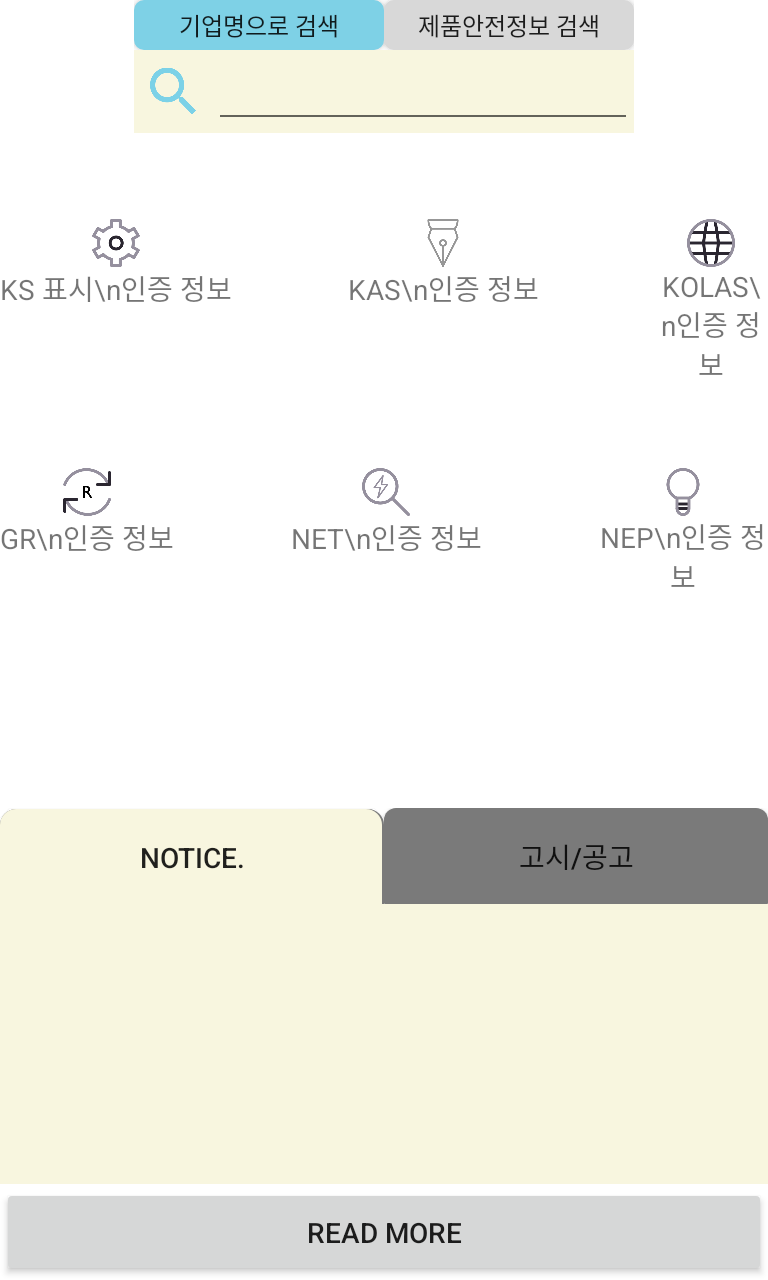
Repository: team-peony/ccfinder
Layout: android/CertifiedCompanyFinder/res/layout/fragment_main.xml
These files come from the project's save history. The layout is drawn as it stood at one moment and after the next save; the edit follows.
It is drawn on a 768 x 1280 px phone screen (xhdpi) without system bars, with theme AppTheme; the app's code is not run. Lists and similar views that code fills are empty.

Above is the layout before, as saved 2015-02-19 17:43:39.

### android/CertifiedCompanyFinder/res/layout/fragment_main.xml
<RelativeLayout xmlns:android="http://schemas.android.com/apk/res/android"
    xmlns:tools="http://schemas.android.com/tools"
    android:layout_width="match_parent"
    android:layout_height="match_parent"
    android:layout_marginTop="20dp"
    android:background="#FFFFFF"
    tools:context="com.peony.ccfinder.MainActivity$PlaceholderFragment" >

    <!-- 검색어 입력창 부분 -->
    <LinearLayout
        android:id="@+id/main_llSearch"
        android:layout_centerHorizontal="true"
        android:layout_width="250dp"
        android:layout_height="wrap_content"
        android:orientation="vertical">

        <LinearLayout
            android:layout_width="match_parent"
            android:layout_height="wrap_content"
            android:orientation="horizontal">
            <Button
                android:id="@+id/main_btnCompany"
                android:layout_width="0dp"
                android:layout_height="25dp"
                android:layout_weight="1"
                android:padding="0dp"
                android:textSize="12sp"
                android:background="@drawable/search_type_selected"
                android:text="기업명으로 검색"/>

            <Button
                android:id="@+id/main_btnSafety"
                android:layout_width="0dp"
                android:layout_height="25dp"
                android:layout_weight="1"
                android:padding="0dp"
                android:textSize="12sp"
                android:background="@drawable/search_type_unselected"
                android:text="제품안전정보 검색"/>

        </LinearLayout>

        <LinearLayout
            android:layout_width="match_parent"
            android:layout_height="wrap_content"
            android:orientation="horizontal"
            android:background="@color/cc_color_bage"
            android:gravity="center_vertical">

            <ImageView
                android:layout_width="23dp"
                android:layout_height="25dp"
                android:layout_margin="8dp"
                android:src="@drawable/search_icon" />

            <EditText
                android:id="@+id/main_etKeyword"
                android:layout_width="match_parent"
                android:layout_height="wrap_content"
                android:singleLine="true"
                android:imeOptions="actionSearch"/>

        </LinearLayout>
    </LinearLayout>


    <!-- 카테고리 부분 -->
    <LinearLayout
        android:id="@+id/main_llCategories"
        android:layout_width="wrap_content"
        android:layout_height="wrap_content"
        android:layout_marginTop="43dp"
        android:orientation="vertical"
        android:layout_centerHorizontal="true"
        android:layout_below="@id/main_llSearch">
        <!-- 카테고리 상단 -->
        <LinearLayout
            android:layout_width="wrap_content"
            android:layout_height="wrap_content"
            android:orientation="horizontal">

            <!-- KS -->
            <LinearLayout
                android:id="@+id/main_llCategoryKs"
                android:layout_width="wrap_content"
                android:layout_height="wrap_content"
                android:orientation="vertical"
                android:gravity="center">
	            <ImageView
	                android:layout_width="@dimen/category_icon_size"
	                android:layout_height="@dimen/category_icon_size"
	                android:src="@drawable/ks_icon" />

	            <TextView
	                android:layout_width="wrap_content"
	                android:layout_height="wrap_content"
	                android:text="KS 표시\n인증 정보"
	                android:gravity="center"/>
	        </LinearLayout>

            <!-- KAS -->
            <LinearLayout
                android:id="@+id/main_llCategoryKas"
                android:layout_width="wrap_content"
                android:layout_height="wrap_content"
                android:layout_marginLeft="@dimen/category_padding"
                android:layout_marginRight="@dimen/category_padding"
                android:orientation="vertical"
                android:gravity="center">
	            <ImageView
	                android:layout_width="@dimen/category_icon_size"
	                android:layout_height="@dimen/category_icon_size"
	                android:src="@drawable/kas_icon" />

	            <TextView
	                android:layout_width="wrap_content"
	                android:layout_height="wrap_content"
	                android:text="KAS\n인증 정보"
	                android:gravity="center"/>
	        </LinearLayout>

            <!-- KOLAS -->
            <LinearLayout
                android:id="@+id/main_llCategoryKolas"
                android:layout_width="wrap_content"
                android:layout_height="wrap_content"
                android:orientation="vertical"
                android:gravity="center">
	            <ImageView
	                android:layout_width="@dimen/category_icon_size"
	                android:layout_height="@dimen/category_icon_size"
	                android:src="@drawable/kolas_icon" />

	            <TextView
	                android:layout_width="wrap_content"
	                android:layout_height="wrap_content"
	                android:text="KOLAS\n인증 정보"
	                android:gravity="center"/>
	        </LinearLayout>

        </LinearLayout>


        <!-- 카테고리 하단 -->
        <LinearLayout
            android:layout_marginTop="42dp"
            android:layout_width="wrap_content"
            android:layout_height="wrap_content"
            android:orientation="horizontal">
            <!-- GR -->
            <LinearLayout
                android:id="@+id/main_llCategoryGr"
                android:layout_width="wrap_content"
                android:layout_height="wrap_content"
                android:orientation="vertical"
                android:gravity="center">
	            <ImageView
	                android:layout_width="@dimen/category_icon_size"
	                android:layout_height="@dimen/category_icon_size"
	                android:src="@drawable/gr_icon" />

	            <TextView
	                android:layout_width="wrap_content"
	                android:layout_height="wrap_content"
	                android:text="GR\n인증 정보"
	                android:gravity="center"/>
	        </LinearLayout>

            <!-- NET -->
            <LinearLayout
                android:id="@+id/main_llCategoryNet"
                android:layout_width="wrap_content"
                android:layout_height="wrap_content"
                android:layout_marginLeft="@dimen/category_padding"
                android:layout_marginRight="@dimen/category_padding"
                android:orientation="vertical"
                android:gravity="center">
	            <ImageView
	                android:layout_width="@dimen/category_icon_size"
	                android:layout_height="@dimen/category_icon_size"
	                android:src="@drawable/net_icon" />

	            <TextView
	                android:layout_width="wrap_content"
	                android:layout_height="wrap_content"
	                android:text="NET\n인증 정보"
	                android:gravity="center"/>
	        </LinearLayout>

            <!-- NEP -->
            <LinearLayout
                android:id="@+id/main_llCategoryNep"
                android:layout_width="wrap_content"
                android:layout_height="wrap_content"
                android:orientation="vertical"
                android:gravity="center">
	            <ImageView
	                android:layout_width="@dimen/category_icon_size"
	                android:layout_height="@dimen/category_icon_size"
	                android:src="@drawable/nep_icon" />

	            <TextView
	                android:layout_width="wrap_content"
	                android:layout_height="wrap_content"
	                android:text="NEP\n인증 정보"
	                android:gravity="center"/>
	        </LinearLayout>

        </LinearLayout>

    </LinearLayout>

    <!-- 공지 사항 -->
    <LinearLayout
        android:id="@+id/main_llNoticeArea"
        android:layout_width="match_parent"
        android:layout_height="wrap_content"
        android:orientation="vertical"
        android:layout_alignParentBottom="true">

        <!-- 공지 탭 -->
        <LinearLayout
            android:layout_width="match_parent"
            android:layout_height="wrap_content"
            android:orientation="horizontal">
            <Button
	            android:id="@+id/main_btnTabNotice"
	            android:layout_width="0dp"
	            android:layout_height="wrap_content"
	            android:layout_weight="1"
	            android:background="@drawable/notice_tab_selected"
	            android:text="NOTICE."/>

	        <Button
	            android:id="@+id/main_btnTabGosi"
	            android:layout_width="0dp"
	            android:layout_height="wrap_content"
	            android:layout_weight="1"
	            android:background="@drawable/notice_tab_unselected"
	            android:text="고시/공고"/>
        </LinearLayout>

        <ListView
            android:id="@+id/main_lvNotices"
            android:layout_width="match_parent"
            android:layout_height="140dp"
            android:background="@color/cc_color_bage"/>

        <Button
	            android:id="@+id/main_btnReadMore"
	            android:layout_width="match_parent"
	            android:layout_height="wrap_content"
	            android:text="Read more"/>
    </LinearLayout>

</RelativeLayout>

### android/CertifiedCompanyFinder/res/values/styles.xml
<resources>

    <!--
        Base application theme, dependent on API level. This theme is replaced
        by AppBaseTheme from res/values-vXX/styles.xml on newer devices.
    -->
    <style name="AppBaseTheme" parent="Theme.AppCompat.Light">
        <!--
            Theme customizations available in newer API levels can go in
            res/values-vXX/styles.xml, while customizations related to
            backward-compatibility can go here.
        -->
    </style>

    <!-- Application theme. -->
    <style name="AppTheme" parent="AppBaseTheme">
        <!-- All customizations that are NOT specific to a particular API-level can go here. -->
    </style>

</resources>

### android/CertifiedCompanyFinder/res/drawable/search_type_selected.xml
<?xml version="1.0" encoding="utf-8"?>
<shape xmlns:android="http://schemas.android.com/apk/res/android" >
    <solid android:color="@color/cc_color_skyblue"/>
    <corners android:radius="5dp"/>
    <padding android:left="10dp"
        android:top="10dp"
        android:right="10dp"
        android:bottom="10dp"/>

</shape>

### android/CertifiedCompanyFinder/res/drawable/search_type_unselected.xml
<?xml version="1.0" encoding="utf-8"?>
<shape xmlns:android="http://schemas.android.com/apk/res/android" >
    <solid android:color="@color/cc_color_unselected"/>
    <corners android:radius="5dp"/>
    <padding android:left="10dp"
        android:top="10dp"
        android:right="10dp"
        android:bottom="10dp"/>

</shape>

### android/CertifiedCompanyFinder/res/values/colors.xml
<?xml version="1.0" encoding="utf-8"?>
<resources>
    <color name="cc_color_bage">#F8F6DF</color>
    <color name="cc_color_skyblue">#7ED1E6</color>
    <color name="cc_color_unselected">#D8D8D8</color>
    <color name="cc_color_shadow">#7A7A7A</color>
</resources>

### android/CertifiedCompanyFinder/res/values/dimens.xml
<resources>

    <!-- Default screen margins, per the Android Design guidelines. -->
    <dimen name="activity_horizontal_margin">16dp</dimen>
    <dimen name="activity_vertical_margin">16dp</dimen>
	<dimen name="category_icon_size">24dp</dimen>
	<dimen name="category_padding">58dp</dimen>
</resources>

### android/CertifiedCompanyFinder/res/drawable/notice_tab_selected.xml
<?xml version="1.0" encoding="utf-8"?>
<layer-list xmlns:android="http://schemas.android.com/apk/res/android" >
    <item>
        <shape android:shape="rectangle">
            <corners
                android:radius="1dp"
                android:topLeftRadius="8dp"
		        android:topRightRadius="8dp"
		        android:bottomLeftRadius="0dp"
		        android:bottomRightRadius="0dp"/>
			<solid android:color="@color/cc_color_shadow"/>
        </shape>
    </item>

    <item android:right="1dp">
        <shape android:shape="rectangle">
		    <corners
		        android:radius="1dp"
		        android:topLeftRadius="8dp"
		        android:topRightRadius="8dp"
		        android:bottomLeftRadius="0dp"
		        android:bottomRightRadius="0dp"/>
			<solid android:color="@color/cc_color_bage"/>
		</shape>
    </item>
</layer-list>

### android/CertifiedCompanyFinder/res/drawable/notice_tab_unselected.xml
<?xml version="1.0" encoding="utf-8"?>
<shape xmlns:android="http://schemas.android.com/apk/res/android" >
            <corners
                android:topLeftRadius="6dp"
		        android:topRightRadius="6dp"
		        android:bottomLeftRadius="0.1dp"
		        android:bottomRightRadius="0.1dp"/>
			<solid android:color="@color/cc_color_shadow"/>
        </shape>

Loaded but not shown: android/CertifiedCompanyFinder/res/values-v11/styles.xml (common file); android/CertifiedCompanyFinder/res/values-v14/styles.xml (common file)

After the next save:
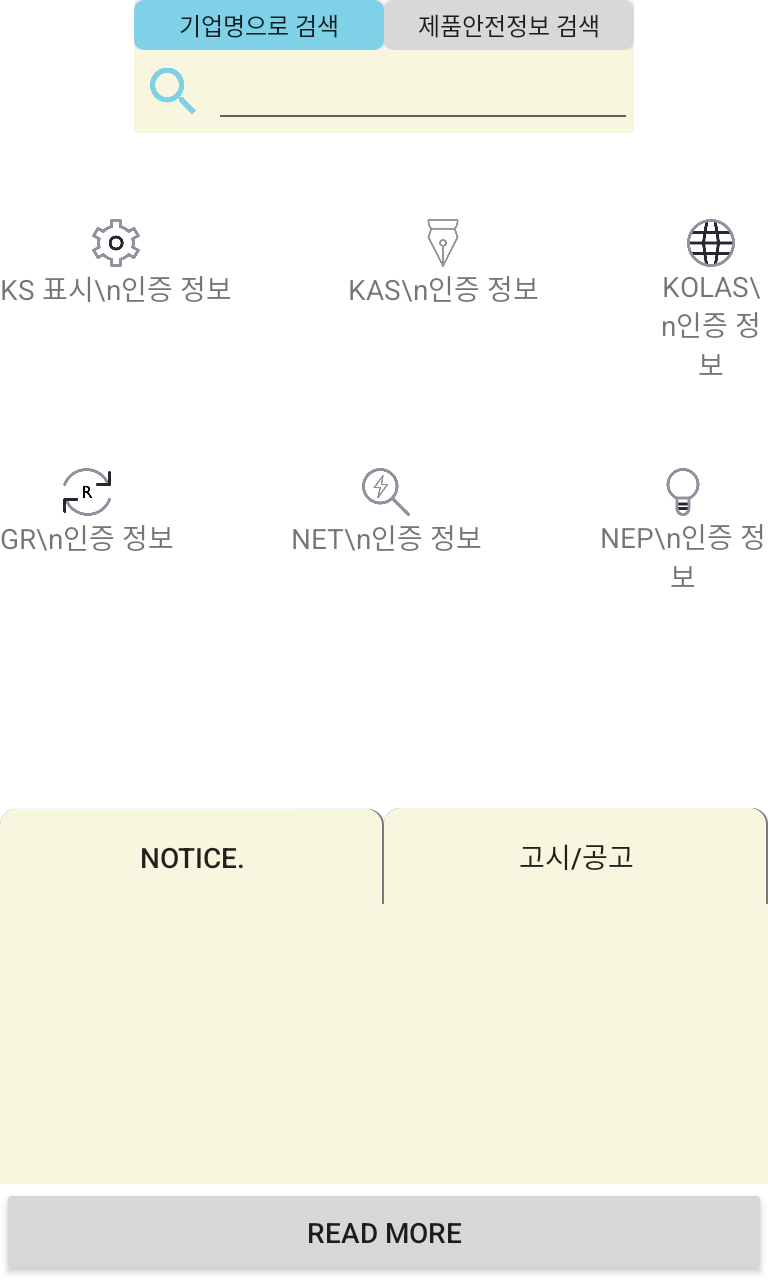
Saved 6 s later.
--- a/android/CertifiedCompanyFinder/res/drawable/notice_tab_unselected.xml
+++ b/android/CertifiedCompanyFinder/res/drawable/notice_tab_unselected.xml
@@ -1,9 +1,26 @@
 <?xml version="1.0" encoding="utf-8"?>
-<shape xmlns:android="http://schemas.android.com/apk/res/android" >
+<layer-list xmlns:android="http://schemas.android.com/apk/res/android" >
+    <item>
+        <shape android:shape="rectangle">
             <corners
-                android:topLeftRadius="6dp"
-		        android:topRightRadius="6dp"
-		        android:bottomLeftRadius="0.1dp"
-		        android:bottomRightRadius="0.1dp"/>
+                android:radius="1dp"
+                android:topLeftRadius="8dp"
+		        android:topRightRadius="8dp"
+		        android:bottomLeftRadius="0dp"
+		        android:bottomRightRadius="0dp"/>
 			<solid android:color="@color/cc_color_shadow"/>
         </shape>
+    </item>
+
+    <item android:right="1dp">
+        <shape android:shape="rectangle">
+		    <corners
+		        android:radius="1dp"
+		        android:topLeftRadius="8dp"
+		        android:topRightRadius="8dp"
+		        android:bottomLeftRadius="0dp"
+		        android:bottomRightRadius="0dp"/>
+			<solid android:color="@color/cc_color_bage"/>
+		</shape>
+    </item>
+</layer-list>
